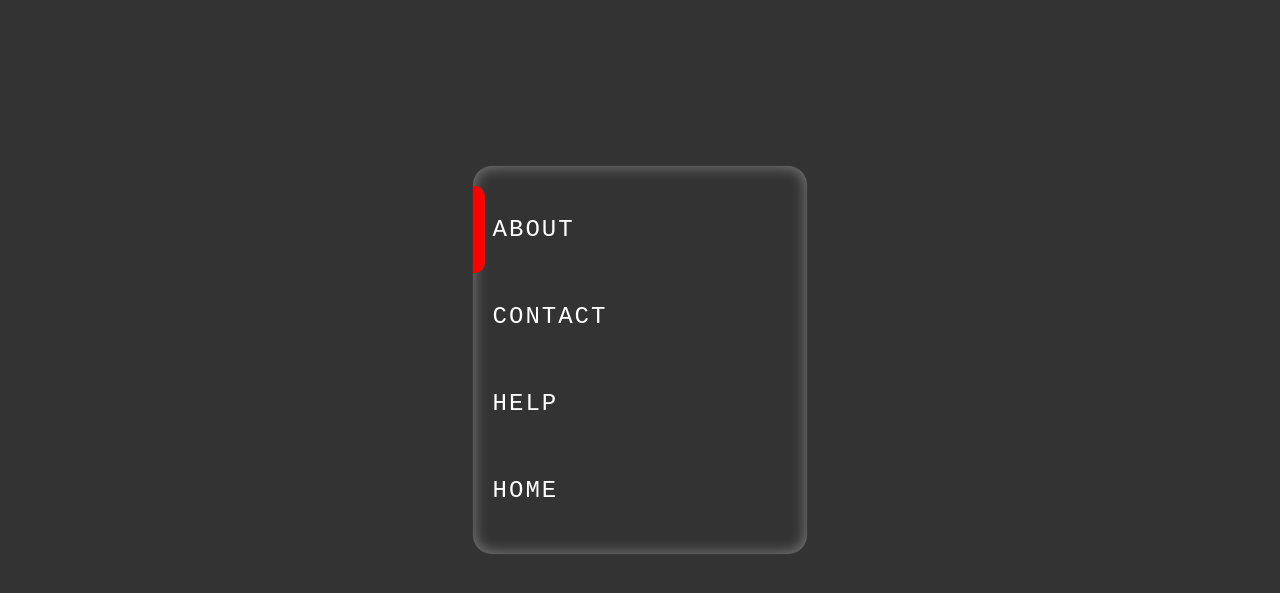
Repository: Rostyk-qq/Projects_Web
Page: menuRanLine/new.html
These files come from the project's save history. The page is drawn as it stood at one moment and after a run of saves; the edit follows.
The browser window is 1280 px wide. The pictures show the whole page.

Above is the page before, as saved 2023-09-30 14:40:28.

### menuRanLine/new.html
<!DOCTYPE html>
<html lang="en">
<head>
    <meta charset="UTF-8">
    <meta name="viewport" content="width=device-width, initial-scale=1.0">
    <link rel="stylesheet" href="./new.css">
    <title>Document</title>
</head>
<body>
    <div class="wrapper">
        <ul class="menu">
            <li data-color-effect="red" class="menu__item _active">
                <a href="#" class="menu__link">About</a>
            </li>
            <li data-color-effect="blue" class="menu__item">
                <a href="#" class="menu__link">Contact</a>
            </li>
            <li data-color-effect="purple" class="menu__item">
                <a href="#" class="menu__link">Help</a>
            </li>
            <li data-color-effect="pink" class="menu__item">
                <a href="#" class="menu__link">Home</a>
            </li>

            <div class="menu__line-container">
                <span></span>
            </div>
        </ul>
    </div>

    <script src="./new.js"></script>
</body>
</html>

### menuRanLine/new.css
*{
    margin: 0;
    padding: 0;
    box-sizing: border-box;
}
body{
    width: 100vw;
    height: 100vh;
    overflow: hidden;
    user-select: none;
    font-family: 'Courier New', Courier, monospace;
}
.wrapper{
    width: 100%;
    height: 100%;
    display: grid;
    place-items: center;
    background-color: #333;
}
.menu{
    position: relative;
    padding: 20px 0;
    border-radius: 20px;
    display: flex;
    flex-direction: column;
    overflow: hidden;
    flex-wrap: wrap;
    box-shadow: 0px 0px 10px #1115;
}
.menu__item{
    list-style: none;
    display: block;
    padding: 30px 200px 30px 20px;
}
.menu__link{
    display: block;
    text-decoration: none;
    text-transform: uppercase;
    letter-spacing: 2px;
    font-size: 24px;
    color: #fff;
}

.menu__line-container{
    position: absolute;
    width: 12px;
    height: 100%;
    top: 0;
    left: 0;
}
.menu__line-container span{
    position: absolute;
    width: 100%;
    top: 0;
    left: 0;
    border-radius: 0px 10px 10px 0px;
    background-color: red;
    transform: translateX(-100%);
}




.menu{
   box-shadow: inset 0px 0px 15px 0px transparent;
   border: 1px solid transparent;
}
.loaded .menu{
    box-shadow: inset 0px 0px 15px 0px #fff6;
    border: 1px solid rgba(255, 255, 255, 0.025);
    transition: all 1s ease;
}
.menu__link{
    transform: translateX(-120%);
}
.loaded .menu__link{
    transform: translateX(0%);
    transition: transform 1s ease;
}
.loaded .menu__item:nth-child(1) .menu__link{
    transition-delay: .3s;
}
.loaded .menu__item:nth-child(2) .menu__link{
    transition-delay: .6s;
}
.loaded .menu__item:nth-child(3) .menu__link{
    transition-delay: .8s;
}
.loaded .menu__item:nth-child(4) .menu__link{
    transition-delay: 1s;
}
.loaded .menu__line-container span{
    transform: translateX(0%);
    transition: transform 1s ease;
    transition-delay: 1s;
}

### menuRanLine/new.js
window.addEventListener('load', loadWindow);

function loadWindow(){
    document.documentElement.classList.add('loaded');


    const menu = document.querySelector('.menu');
    let styledElement;
    if(menu){
        styledElement = document.querySelector('.menu__line-container span');
        const menuItem =  menu.querySelector('.menu__item._active');

        menuItem ? setStyles(menuItem) : null;
    }
    function setStyles(menuItem){
        menuItem.classList.add('_active');
        styledElement.style.cssText = `
            height: ${menuItem.offsetHeight}px;
            top: ${menuItem.offsetTop}px;
            background-color: ${menuItem.dataset.colorEffect};
        `
    }
}

After the next 2 saves:
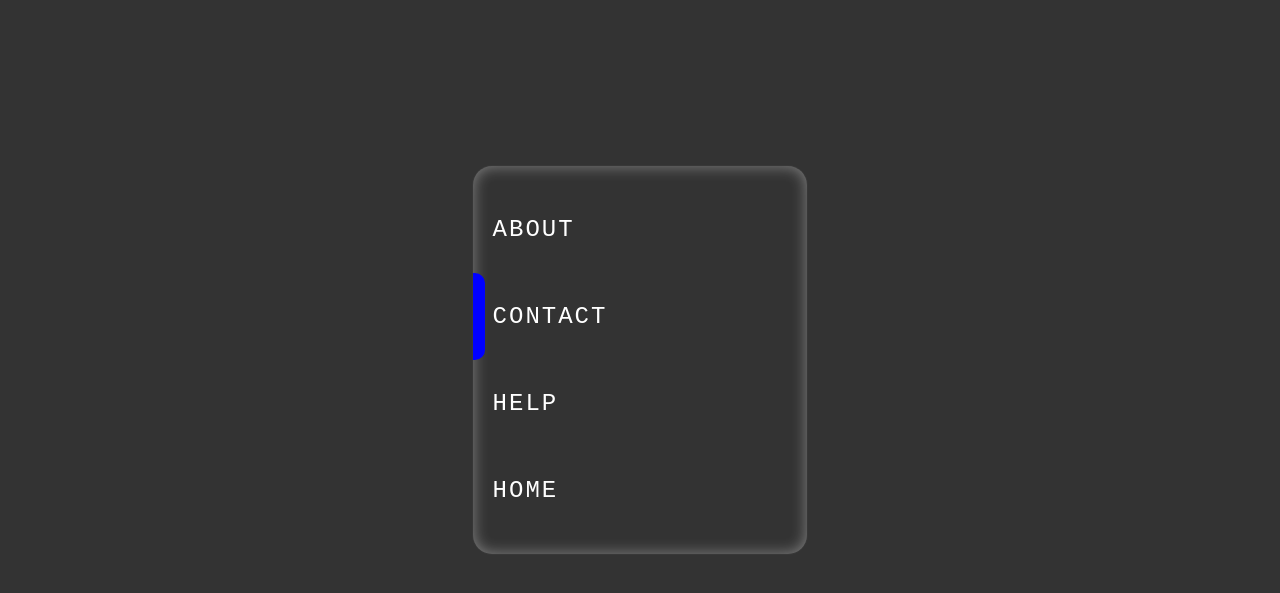
The 2 saves are shown as one change because they came seconds apart.
The last was saved 11 s later.
--- a/menuRanLine/new.html
+++ b/menuRanLine/new.html
@@ -9,10 +9,10 @@
 <body>
     <div class="wrapper">
         <ul class="menu">
-            <li data-color-effect="red" class="menu__item _active">
+            <li data-color-effect="red" class="menu__item">
                 <a href="#" class="menu__link">About</a>
             </li>
-            <li data-color-effect="blue" class="menu__item">
+            <li data-color-effect="blue" class="menu__item _active">
                 <a href="#" class="menu__link">Contact</a>
             </li>
             <li data-color-effect="purple" class="menu__item">
